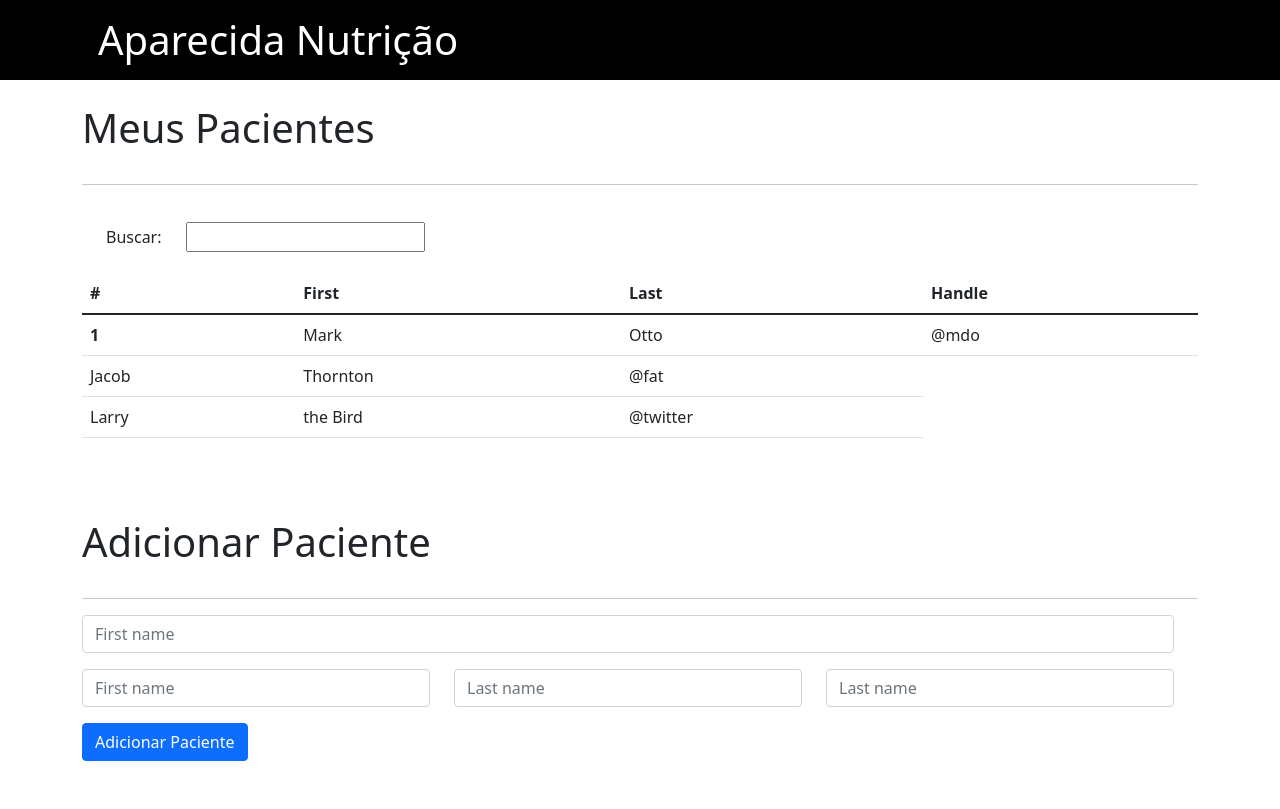
Repository: eversonps/app-paciente
Page: / (app in frontend/)
These files come from the project's save history. The page is drawn as it stood at one moment and after the next save; the edit follows.
The browser window is 1280 px wide. The pictures show the whole page.
The project was rebuilt for these pictures with package versions that can differ from the ones it lists, and the page was loaded fresh each time.

Above is the page before, as saved 2022-03-28 14:44:21.

### frontend/src/index.js
import React from 'react';
import ReactDOM from 'react-dom';
import './index.css';
import App from './App';
import  '../node_modules/bootstrap/dist/css/bootstrap.min.css'

ReactDOM.render(
    <App />,
    document.getElementById('root')
);

### frontend/src/App.jsx
import Header from "./components/Header";
import MyPacients from "./components/MyPacients";
import Main from "./components/Main"
import AddPacient from "./components/AddPacient";

function App() {
  return (
    <div className="App">
        <Header></Header>
        <Main>
            <MyPacients></MyPacients>
            <AddPacient></AddPacient>
        </Main>
    </div>
  );
}

export default App;

### frontend/src/components/Header.jsx
import React from "react";

export default props => {
    return (
        <header className="bg-black">
            <div className="container">
                <h1 className="text-white p-3">Aparecida Nutrição</h1>
            </div>
        </header>
    )
}

### frontend/src/components/MyPacients.jsx
import React from "react";
import FilterPacients from "../Templates/FilterPacients";
import Table from "../Templates/Table";
import Title from "../Templates/Title";

export default props => (
    <div>
        <Title name="Meus Pacientes"></Title>

        <FilterPacients></FilterPacients>
        <Table></Table>
    </div>
)

### frontend/src/components/Main.jsx
import React from "react";

export default props => (
    <main className="container">
        {props.children}
    </main>
)

### frontend/src/components/AddPacient.jsx
import React from "react";
import FormPacients from "../Templates/FormPacients";
import Title from "../Templates/Title"
import Button from "../Templates/Button";

export default props => (
    <div className="py-5">
        <Title name="Adicionar Paciente"></Title>
        <FormPacients></FormPacients>
        <div className="mt-3">
            <Button type="primary" name="Adicionar Paciente"></Button>
        </div>
    </div>
)

### frontend/src/Templates/FilterPacients.jsx
import React from "react";

export default props => (
    <div>
        <label className="m-4">Buscar: </label>
        <input type="text" />
    </div>
)

### frontend/src/Templates/Table.jsx
import React from "react";

export default props => (
    <div>
        <table class="table">
        <thead class="thead-dark">
            <tr>
                <th scope="col">#</th>
                <th scope="col">First</th>
                <th scope="col">Last</th>
                <th scope="col">Handle</th>
            </tr>
        </thead>
        <tbody>
            <tr>
                <th scope="row">1</th>
                <td>Mark</td>
                <td>Otto</td>
                <td>@mdo</td>
            </tr>
                <tr>
                <td>Jacob</td>
                <td>Thornton</td>
                <td>@fat</td>
                </tr>
            <tr>
                <td>Larry</td>
                <td>the Bird</td>
                <td>@twitter</td>
                </tr>
            </tbody>
        </table>
    </div>

)

### frontend/src/Templates/Title.jsx
import React from "react";

export default props => (
    <div>
        <h1 className="pt-3 py-3">{props.name}</h1>
        <hr />
    </div>
)

### frontend/src/Templates/FormPacients.jsx
import React from "react";

export default props => (
    <form>
        <div className="row">
            <div className="row mb-3">
                <div className="col">
                    <input type="text" className="form-control" placeholder="First name" />
                </div>
            </div>
            <div className="row">
                <div className="col">
                    <input type="text" className="form-control" placeholder="First name" />
                </div>
                <div className="col">
                    <input type="text" className="form-control" placeholder="Last name" />
                </div>
                <div className="col">
                    <input type="text" className="form-control" placeholder="Last name" />
                </div>
            </div>
        </div>
    </form>
)

### frontend/src/Templates/Button.jsx
import React from "react";

export default props => (
    <button type="button" class={`btn btn-${props.type}`}>{props.name}</button>
)

Loaded but not shown: frontend/public/index.html (common file); frontend/src/index.css (common file)

After the next save:
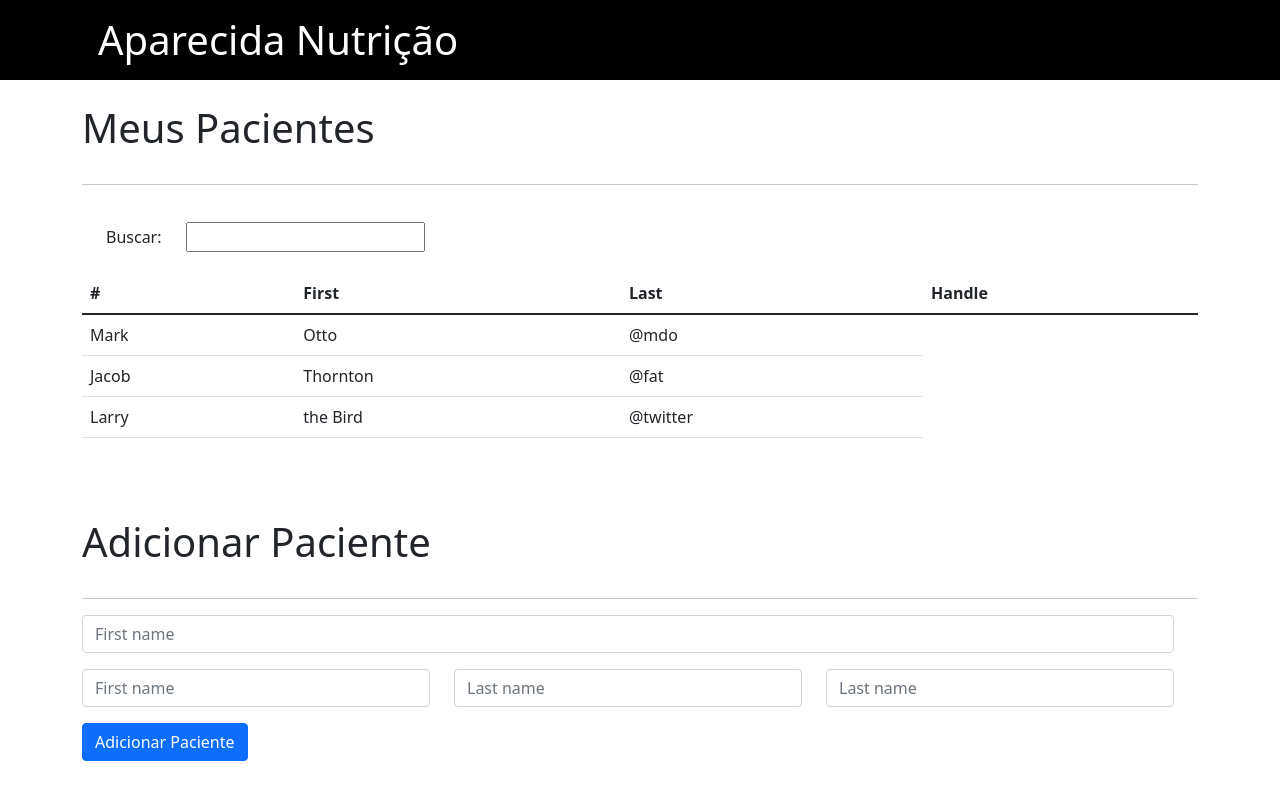
Saved 4 s later.
--- a/frontend/src/Templates/Table.jsx
+++ b/frontend/src/Templates/Table.jsx
@@ -13,7 +13,6 @@ export default props => (
         </thead>
         <tbody>
             <tr>
-                <th scope="row">1</th>
                 <td>Mark</td>
                 <td>Otto</td>
                 <td>@mdo</td>
